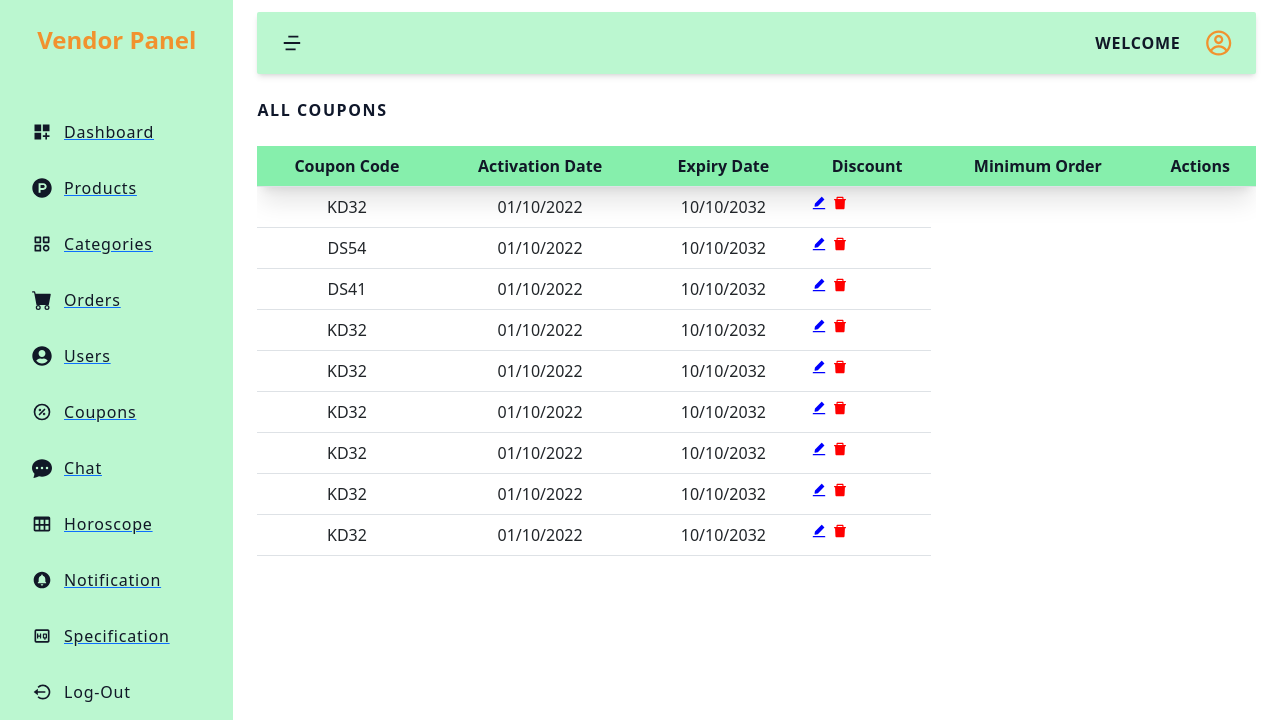
Repository: FlyweisReact/JitenderAdminPanel
Page: /discount
These files come from the project's save history. The page is drawn as it stood at one moment and after the next save; the edit follows.
The browser window is 1280 px wide. The pictures show the whole page.
An inner scrolling area shows only its first screen. The project was rebuilt for these pictures with package versions that can differ from the ones it lists, and the page was loaded fresh each time. Also part of the build but not shown: src/components/forms/Login.jsx, src/components/pages/Dashboard.jsx, src/components/vendorPanel/components/layout/Navbar.jsx, src/components/vendorPanel/components/layout/Sidebar.jsx, src/components/vendorPanel/components/layout/HOC.jsx, src/components/vendorPanel/components/pages/Message/Message.js, src/components/pages/UserKundli/UserKundli.jsx, src/components/pages/reactChat/Chat.js and 18 more.

Above is the page before, as saved 2022-11-05 16:54:08.

### public/index.html
<!-- @format -->

<!DOCTYPE html>
<html lang="en">
  <head>
    <meta charset="utf-8" />
    <!-- <link rel="icon" href="%PUBLIC_URL%/favicon.png" /> -->
    <meta name="viewport" content="width=device-width, initial-scale=1" />
    <meta name="theme-color" content="#000000" />
    <meta
      name="description"
      content="Web site created using create-react-app"
    />
    <link rel="apple-touch-icon" href="%PUBLIC_URL%/favicon.ico?v=2" />

    <link rel="manifest" href="%PUBLIC_URL%/manifest.json" />

    <title>Astrologers Panel</title>
  </head>
  <body>
    <noscript>You need to enable JavaScript to run this app.</noscript>
    <div id="root"></div>
    <script src="https://code.jquery.com/jquery-3.6.0.min.js"></script>
  </body>
</html>

### src/index.js
import React from "react";
import ReactDOM from "react-dom/client";
import "./index.css";
import App from "./App";
import { BrowserRouter } from "react-router-dom";
import 'bootstrap/dist/css/bootstrap.min.css'

const root = ReactDOM.createRoot(document.getElementById("root"));
root.render(
  <React.StrictMode>
    <BrowserRouter>
      <App />
    </BrowserRouter>
  </React.StrictMode>
);

### src/index.css
/** @format */

@tailwind base;
@tailwind components;
@tailwind utilities;

body {
  margin: 0;
  font-family: -apple-system, BlinkMacSystemFont, "Segoe UI", "Roboto", "Oxygen",
    "Ubuntu", "Cantarell", "Fira Sans", "Droid Sans", "Helvetica Neue",
    sans-serif;
  -webkit-font-smoothing: antialiased;
  -moz-osx-font-smoothing: grayscale;
}

code {
  font-family: source-code-pro, Menlo, Monaco, Consolas, "Courier New",
    monospace;
}

/* Wcomponents */
.wcomp::-webkit-scrollbar {
  width: 0px;
}
::-webkit-scrollbar {
  width: 0px;
}
::-webkit-scrollbar-track {
  background: #696f78;
}
/* Handle */
::-webkit-scrollbar-thumb {
  background: #b4b8bf;
}

.main-card--container {
  display: grid;
  grid-template-columns: repeat(3, minmax(300px, 500px));
  grid-gap: 50px;
  justify-content: space-around;
}
.card-container {
  margin: 25px 0 auto;

  position: relative;
  display: grid;
  grid-template-columns: 1fr;
  justify-content: space-around;
  align-items: flex-start;
}

.img-thumbnail {
  width: 80px;
}
.img-large {
  max-width: 80%;
}

### src/App.js
/** @format */

import { Routes, Route, Link } from "react-router-dom";
import Login from "./components/forms/Login";
import Dashboard from "./components/pages/Dashboard";
import { ToastContainer } from "react-toastify";
import MSG from './components/vendorPanel/components/pages/Message/Message'
import "react-toastify/dist/ReactToastify.css";
import UserKundli from "./components/pages/UserKundli/UserKundli";
import Discount from "./components/pages/discount/Discount";
import Chat from "./components/pages/reactChat/Chat";
import Horoscope from "./components/pages/horoScope/Horoscope";
import Specification from "./components/pages/SpecificationPage/Specification";
import VendorLogin from "./components/vendorPanel/components/forms/VendorLogin";
import VendorDashboard from "./components/vendorPanel/components/pages/VendorDashboard";
import Fedd from "./components/pages/FeedBack/Fedd";
import Astrologers from "./components/vendorPanel/components/pages/Astrologer/Astrologers";
import Users from "./components/vendorPanel/components/pages/Users/Users";
import Kundli from "./components/vendorPanel/components/pages/Kundli/Kundli";
import AdminHoro from "./components/vendorPanel/components/pages/Horoscope/Horoscope";
import Forgot from "./components/vendorPanel/components/forms/Forgot";
import ResetPassword from "./components/vendorPanel/components/forms/ResetPassword";
import Changepassword from "./components/vendorPanel/components/forms/Changepassword";
import TimeSlots from "./components/pages/TimeSlots/TimeSlots";
import Documents from "./components/pages/Documents/Documents";
import Banner from "./components/pages/Banner/Banner";
import Notify from "./components/pages/Notifications/Notify";
import Booking from "./components/vendorPanel/components/pages/Booking/Booking";
import ProductDetail from "./components/pages/FeedBack/ProductDetail";

function App() {
  return (
    <>
      <ToastContainer />


      <Routes>
        <Route path="/" element={<Login />} />
        <Route path="/dashboard" element={<Dashboard />} />
        <Route path="/userkundli" element={<UserKundli />} />
        <Route path="/discount" element={<Discount />} />
        <Route path="/horoscope" element={<Horoscope />} />
        <Route path="/specification" element={<Specification />} />
        <Route path="/chat" element={<Chat />} />
        <Route path="feedback" element={<Fedd />} />
        <Route path="/time" element={<TimeSlots />} />
        <Route path="/document" element={<Documents />} />
        <Route path="/ban" element={<Banner />} />
        <Route path='/not' element={<Notify />} />
        <Route path="/viewProduct" element={<ProductDetail />} />
        {/* Admin Panel */}
        <Route path="/vendorLogin" element={<VendorLogin />} />
        <Route path="/otp" element={<Forgot />} />
        <Route path="/book" element={<Booking />} />
        <Route path='/msg' element={ <MSG /> } />
        <Route path="/resetPass" element={<ResetPassword />} />
        <Route path="/resetPassword" element={<Changepassword />} />
        <Route path="/vendorDashboard" element={<VendorDashboard />} />
        <Route path="/astro" element={<Astrologers />} />
        <Route path="/users" element={<Users />} />
        <Route path="/kundli" element={<Kundli />} />
        <Route path="/horo" element={<AdminHoro />} />
      </Routes>
    </>
  );
}

export default App;

### src/components/pages/discount/Discount.jsx
/** @format */

import React, { useEffect, useState } from "react";
import { IoMdClose } from "react-icons/io";
import { AiFillEdit, AiFillDelete, AiFillEye } from "react-icons/ai";
import HOC from "../../layout/HOC";
import axios from "axios";
import { toast } from "react-toastify";
import Table from "react-bootstrap/Table";
import { useNavigate } from "react-router-dom";
import Button from "react-bootstrap/Button";
import Modal from "react-bootstrap/Modal";
import Form from "react-bootstrap/Form";

const products = [
  {
    code: "KD32",
    ActivationDate : "01/10/2022",
    Expirydate : "10/10/2032",
    discount : "54",
    minOrder : "300",
  },
  {
    code: "DS54",
    ActivationDate : "01/10/2022",
    Expirydate : "10/10/2032",
    discount : "54",
    minOrder : "845",
  },
  {
    code: "DS41",
    ActivationDate : "01/10/2022",
    Expirydate : "10/10/2032",
    discount : "54",
    minOrder : "300",
  },

  {
    code: "KD32",
    ActivationDate : "01/10/2022",
    Expirydate : "10/10/2032",
    discount : "54",
    minOrder : "300",
  },
  {
    code: "KD32",
    ActivationDate : "01/10/2022",
    Expirydate : "10/10/2032",
    discount : "54",
    minOrder : "300",
  },
  {
    code: "KD32",
    ActivationDate : "01/10/2022",
    Expirydate : "10/10/2032",
    discount : "54",
    minOrder : "300",
  },

  {
    code: "KD32",
    ActivationDate : "01/10/2022",
    Expirydate : "10/10/2032",
    discount : "54",
    minOrder : "300",
  },
  {
    code: "KD32",
    ActivationDate : "01/10/2022",
    Expirydate : "10/10/2032",
    discount : "54",
    minOrder : "300",
  },
  {
    code: "KD32",
    ActivationDate : "01/10/2022",
    Expirydate : "10/10/2032",
    discount : "54",
    minOrder : "300",
  },
];

// Edit Order Modal ------------------------------------------------------------

function MyVerticallyCenteredModal(props) {
  return (
    <Modal
      {...props}
      size="lg"
      aria-labelledby="contained-modal-title-vcenter"
      centered
    >
      <Modal.Header closeButton>
        <Modal.Title id="contained-modal-title-vcenter">Edit Order</Modal.Title>
      </Modal.Header>
      <Modal.Body>
        <Form>
          <Form.Group className="mb-3" controlId="formBasicEmail">
            <Form.Label>Delivered</Form.Label>
            <Form.Select aria-label="Default select example">
              <option>delivery Status</option>
              <option value="1">Yes</option>
              <option value="2">No</option>
            </Form.Select>
          </Form.Group>
          <Form.Group className="mb-3" controlId="formBasicEmail">
            <Form.Label>Order Status</Form.Label>
            <Form.Select aria-label="Default select example">
              <option>Order Status</option>
              <option value="1">Confirmed</option>
              <option value="2">Denied</option>
            </Form.Select>
          </Form.Group>
          <Form.Group className="mb-3" controlId="formBasicEmail">
            <Form.Label>Payment Stsua</Form.Label>
            <Form.Select aria-label="Default select example">
              <option>Payment Status</option>
              <option value="1">Success</option>
              <option value="2">Pending</option>
            </Form.Select>
          </Form.Group>

          <Button variant="primary" type="submit">
            Submit
          </Button>
        </Form>
      </Modal.Body>
    </Modal>
  );
}

// Edit Order Modal Ends Here ---------------------------------------------------

const Discount = () => {
  const [modalShow, setModalShow] = React.useState(false);

  return (
    <>
      {/* ------------------------------------------------------------- */}

      <MyVerticallyCenteredModal
        show={modalShow}
        onHide={() => setModalShow(false)}
      />

      {/* ------------------------------------------------------------- */}

      <section>
        <div className="pb-4 sticky top-0  w-full flex justify-between items-center bg-white">
          <span className="tracking-widest text-slate-900 font-semibold uppercase ">
            All Coupons
          </span>
        </div>

        <div style={{ maxWidth: "100%", overflow: "auto" }}>
          <Table style={{ paddingTop: "5%", textAlign: "center" }}>
            <thead>
              <tr className=" border-b bg-green-300 shadow-xl text-gray-900">
                <th>Coupon Code</th>
                <th>Activation Date</th>
                <th>Expiry Date</th>
                <th>Discount</th>
                <th>Minimum Order</th>
                <th>Actions</th>
              </tr>
            </thead>
            <tbody>
              {products?.map((i, index) => (
                <tr key={index} style={{ marginTop: "1%" }}>
                <td>{i.code} </td>
                <td>{i.ActivationDate} </td>
                <td>{i.Expirydate} </td>
                  <td>
                    <span style={{ display: "flex", gap: "5px" }}>
                      <AiFillEdit
                        color="blue"
                        cursor="pointer"
                        onClick={() => setModalShow(true)}
                      />
                      <AiFillDelete color="red" cursor="pointer" />
                    </span>
                  </td>
                </tr>
              ))}
            </tbody>
          </Table>
        </div>
      </section>
    </>
  );
};

export default HOC(Discount);

### src/components/layout/HOC.jsx
import React, { useState } from "react";
import Navbar from "./Navbar";
import Sidebar from "./Sidebar";

const HOC = (Wcomponenet) => {
  return function Component() {
    const [hamb, setHamb] = useState(false);
    return (
      <>
        <section className="flex overflow-x-hidden">
          {/* Sidebar */}
          <div
            className={
              hamb
                ? " absolute top-0 z-30 md:w-auto shadow-md bg-slate-200  w-60 transition-all md:-left-full left duration-150  h-screen  left-0 "
                : " md:w-72 z-30 bg-green-200  shadow-md  md:static absolute top-0 -left-full  h-screen transition-all duration-150 "
            }
          >
            <Sidebar hamb={hamb} setHamb={setHamb} />
          </div>
          {/* Components & Navbar */}
          <div
            className={
              hamb
                ? " transition-all px-4 py-2  bg-white duration-150 w-full h-screen"
                : " w-full h-screen  px-4 py-2  bg-white z-50 transition-all duration-150 "
            }
          >
            <Navbar hamb={hamb} setHamb={setHamb} />
            <div className="my-6 text-white h-[87%] wcomp overflow-y-auto">
              <Wcomponenet />
            </div>
          </div>
        </section>
      </>
    );
  };
};

export default HOC;

### src/components/layout/Navbar.jsx
import { RiMenu4Line } from "react-icons/ri";
import { useNavigate } from "react-router-dom";
import { toast } from "react-toastify";
import { CgProfile } from "react-icons/cg";
import { IoMdClose, IoMdNotifications } from "react-icons/io";
import { useState } from "react";
import Button from "react-bootstrap/Button";
import Modal from "react-bootstrap/Modal";
import Container from "react-bootstrap/Container";
import Form from "react-bootstrap/Form";


function MyVerticallyCenteredModal(props) {
  return (
    <Modal
      {...props}
      size="lg"
      aria-labelledby="contained-modal-title-vcenter"
      centered
    >
      <Modal.Header closeButton>
        <Modal.Title id="contained-modal-title-vcenter">
          Edit Profile
        </Modal.Title>
      </Modal.Header>
      <Modal.Body>
        <Container style={{ width: "600px" }}>
          <Form>
            <Form.Group className="mb-3" controlId="formBasicEmail">
              <Form.Label>Name</Form.Label>
              <Form.Control type="text" placeholder="Admin" />
            </Form.Group>
            <Form.Group className="mb-3" controlId="formBasicPassword">
              <Form.Label>Email Address</Form.Label>
              <Form.Control type="email" placeholder="vendor@gmail.com" />
            </Form.Group>
            <Form.Group className="mb-3" controlId="formBasicPassword">
              <Form.Label>Password</Form.Label>
              <Form.Control type="password" placeholder="Password" />
            </Form.Group>
            <Form.Group className="mb-3" controlId="formBasicPassword">
              <Form.Label>Profile Image</Form.Label>
              <Form.Control type="file"/>
            </Form.Group>
            <Button variant="outline-success" type="submit">
              Edit
            </Button>
          </Form>
        </Container>
      </Modal.Body>

    </Modal>
  );
}



const Navbar = ({ hamb, setHamb }) => {
  const [modalShow, setModalShow] = useState(false);



  return (
    <>

      <MyVerticallyCenteredModal
        show={modalShow}
        onHide={() => setModalShow(false)}
      />

      <div
        className={
          hamb
            ? "flex  w-full justify-between  my-1 rounded-sm  p-4 py-3 shadow-md items-center  bg-green-200 space-x-4"
            : "flex  w-full justify-between my-1 rounded-sm  p-4 py-3 shadow-md items-center  bg-green-200 space-x-4"
        }
      >
        <RiMenu4Line
          onClick={() => setHamb(!hamb)}
          className="text-2xl font-bold text-gray-900 hover:scale-90 cursor-pointer"
        />

        {/* Profile */}
        <section className="flex sm:ml-auto justify-end sm:w-full items-center space-x-2  pr-2">
          <span className="cursor-pointer text-2xl">
            {/* <IoMdNotifications /> */}
          </span>
          <figcaption className="tracking-wider pl-1 font-semibold">
            {" "}
            <div className="lg:text-base text-sm text-gray-900  uppercase">
              Welcome
            </div>
          </figcaption>
        </section>
        <CgProfile
          onClick={() => setModalShow(true)}
          className="text-2xl sm:text-3xl font-bold text-[rgb(241,146,46)] cursor-pointer"
        />

      </div>
    </>
  );
};

export default Navbar;

### src/components/layout/Sidebar.jsx
/** @format */

import React from "react";
import { RiCloseLine } from "react-icons/ri";
import { Link, useNavigate } from "react-router-dom";
import { BsFillChatDotsFill } from "react-icons/bs";
import { MdOutlineHighQuality  ,MdCircleNotifications} from "react-icons/md";
import { BiTable } from "react-icons/bi";
import { BiLogOutCircle , BiCategory } from "react-icons/bi";
import { TbDiscount } from "react-icons/tb";
import { FaProductHunt  ,FaUserCircle } from "react-icons/fa";
import {IoIosTime ,IoMdImages} from 'react-icons/io'
import {GrDocumentPdf} from 'react-icons/gr'
import {BsFillCartFill} from 'react-icons/bs'

import { MdDashboardCustomize } from "react-icons/md";
import { toast } from "react-toastify";

const Sidebar = ({ hamb, setHamb }) => {
  const navigate = useNavigate();

  const nav = [
    {
      icon: <MdDashboardCustomize className="text-xl mr-3" />,
      link: "/dashboard",
      name: "Dashboard",
    },
    {
      icon: <FaProductHunt className="text-xl mr-3" />,
      link: "/feedback",
      name: "Products",
    },
    {
      icon: <BiCategory className="text-xl mr-3" />,
      link: "/userkundli",
      name: "Categories",
    },
    {
      icon: <BsFillCartFill className="text-xl mr-3" />,
      link: "/time",
      name: "Orders",
    },
    {
      icon: <FaUserCircle className="text-xl mr-3" />,
      link: "/document",
      name: "Users",
    },
    // {
    //   icon: <IoMdImages className="text-xl mr-3" />,
    //   link: "/ban",
    //   name: "Banners",
    // },
    {
      icon: <TbDiscount className="text-xl mr-3" />,
      link: "/discount",
      name: "Coupons",
    },
    {
      icon: <BsFillChatDotsFill className="text-xl mr-3" />,
      link: "/chat",
      name: "Chat",
    },
    {
      icon: <BiTable className="text-xl mr-3" />,
      link: "/horoscope",
      name: "Horoscope",
    },
    {
      icon: <MdCircleNotifications className="text-xl mr-3" />,
      link: "/not",
      name: "Notification",
    },
    {
      icon: <MdOutlineHighQuality className="text-xl mr-3" />,
      link: "/specification",
      name: "Specification",
    },
  ];

  const logOut = () => {
    navigate("/");
    toast.success("Log -Out Successfull");
  };
  return (
    <>
      <aside className="p-4 bg-green-200">
        {/* Top */}
        <div className="w-full md:hidden relative  p-2 mb-4">
          <RiCloseLine
            onClick={() => setHamb(!hamb)}
            className="text-3xl  absolute top-2 sm:hover:rotate-[228deg] transition-transform font-bold right-2 sm:hover:text-[22px] text-[rgb(241,146,46)] cursor-pointer"
          />
        </div>
        {/* Logo */}
        <figure className="flex  flex-col items-center">
          <span className="font-bold text-[rgb(241,146,46)] text-2xl">
            Vendor Panel
            {/* <img src={image} className="h-24" /> */}
          </span>
        </figure>
        {/* Nav-menu */}
        <nav className="py-6">
          {nav.map((nav) => {
            return (
              <Link to={nav.link} key={nav.name} className="">
                <span className="flex my-3 items-center cursor-pointer text-gray-900    tracking-wider p-2 rounded-sm">
                  {nav.icon} {nav.name}
                </span>
              </Link>
            );
          })}
          <span
            className="flex my-3 items-center cursor-pointer text-gray-900    tracking-wider p-2 rounded-sm"
            onClick={() => logOut()}
          >
            <BiLogOutCircle className="text-xl mr-3" /> Log-Out
          </span>
        </nav>
      </aside>
    </>
  );
};

export default Sidebar;

Loaded but not shown: tailwind.config.js (common file)

After the next save:
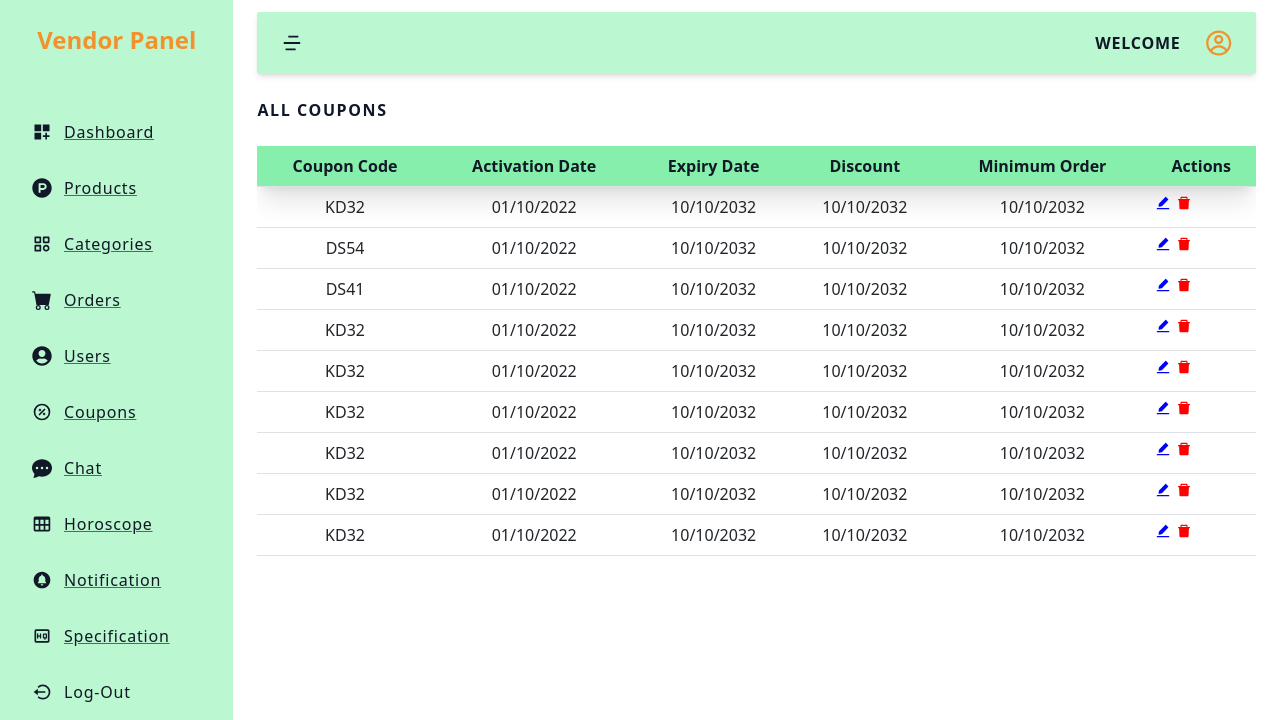
Saved 2 s later.
--- a/src/components/pages/discount/Discount.jsx
+++ b/src/components/pages/discount/Discount.jsx
@@ -170,6 +170,8 @@ const Discount = () => {
                 <td>{i.code} </td>
                 <td>{i.ActivationDate} </td>
                 <td>{i.Expirydate} </td>
+                <td>{i.Expirydate} </td>
+                <td>{i.Expirydate} </td>
                   <td>
                     <span style={{ display: "flex", gap: "5px" }}>
                       <AiFillEdit
